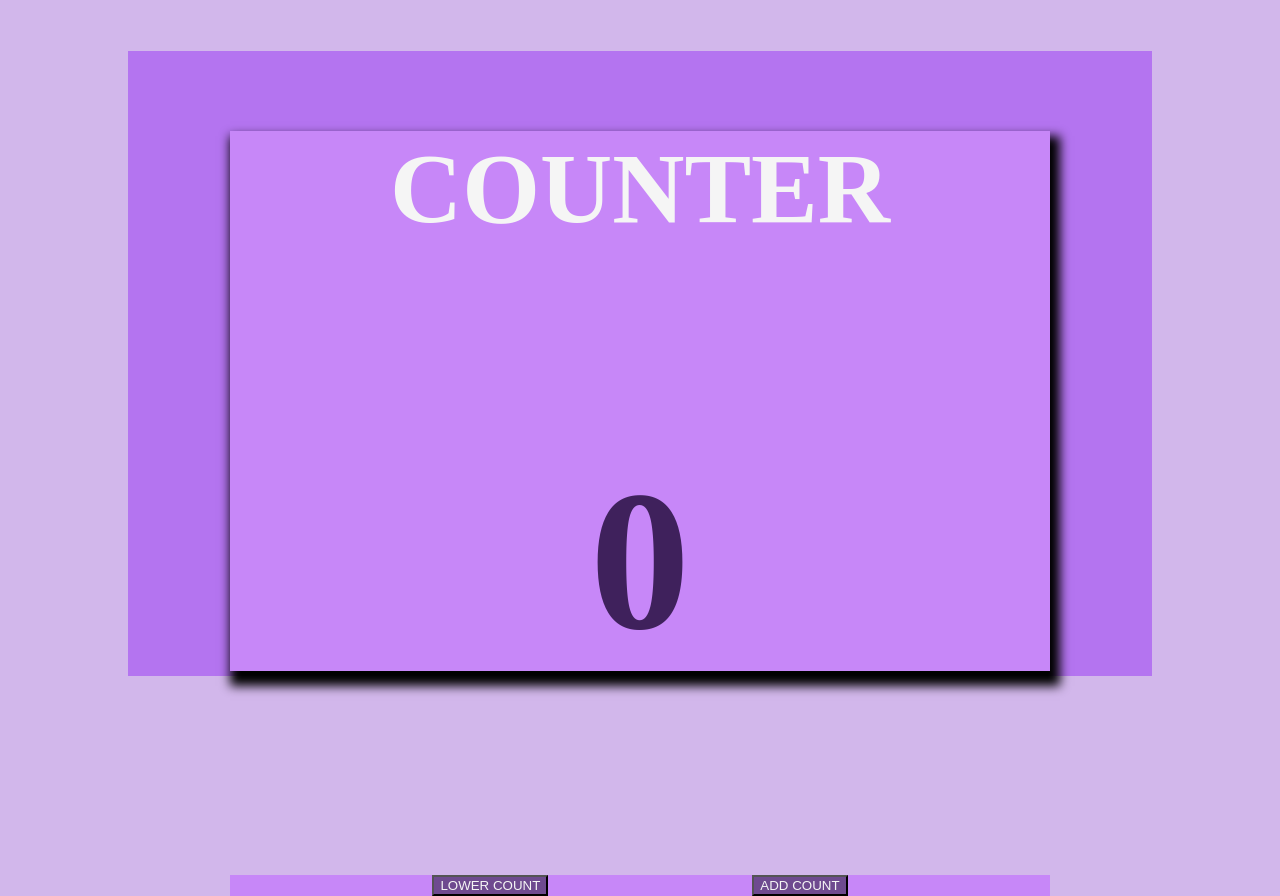
Repository: AnahitKhechumyan/Counter
Page: index.html
These files come from the project's save history. The page is drawn as it stood at one moment and after the next save; the edit follows.
The browser window is 1280 px wide. The pictures show the whole page.

Above is the page before, as saved 2022-02-14 21:09:11.

After the next save:
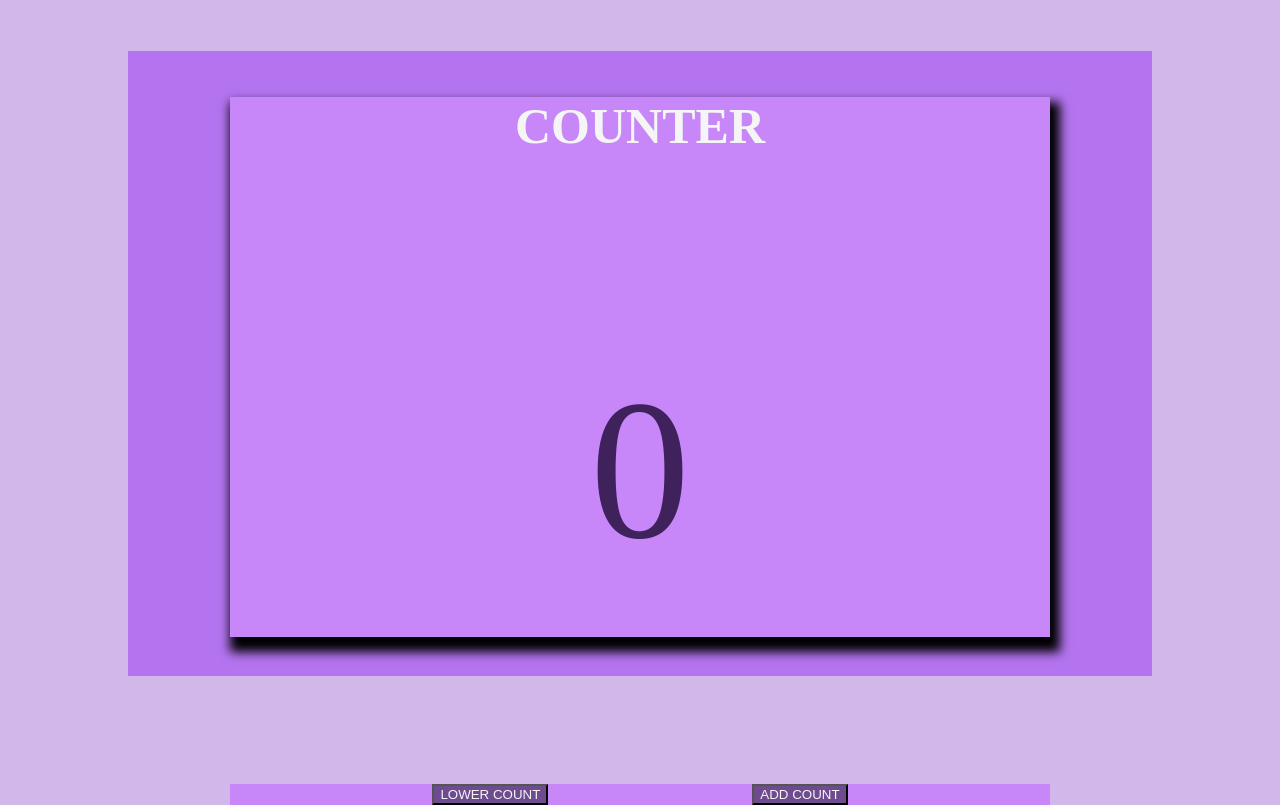
Saved 52 s later.
--- a/style.css
+++ b/style.css
@@ -18,7 +18,7 @@ body{
     box-shadow: 5px 10px 10px 5px;
     text-align: center;
 }
-.header{
+h1{
     text-align: center;
     color:whitesmoke;
     font-size: 50px;
